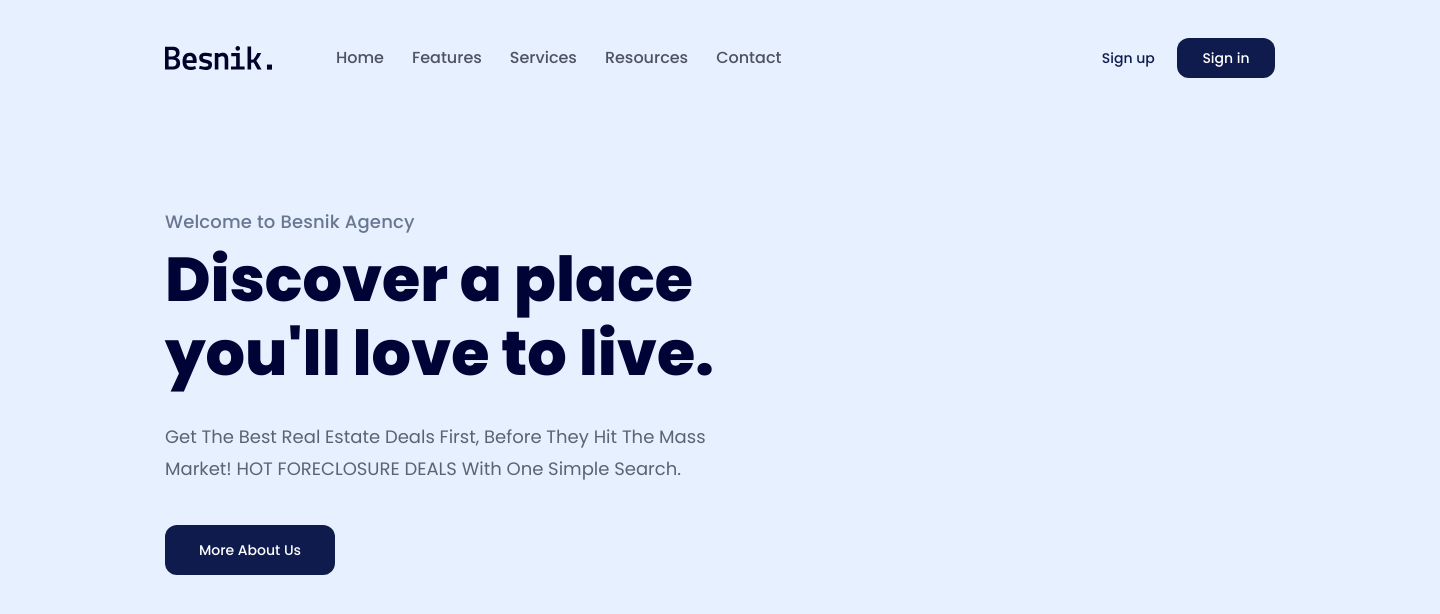
Repository: datvu1608/dv-htmlcss-01
Page: index.html
An editor plug-in stored every save of this project. The page is shown before and after the next save, followed by the edit.
The browser window is 1280 px wide. The page is 1440 px wide, so the pictures cover 1440 px, including what lies to the right of the window. The pictures show the whole page.

Above is the page before, as saved 2023-06-01 15:00:51.

After the next save:
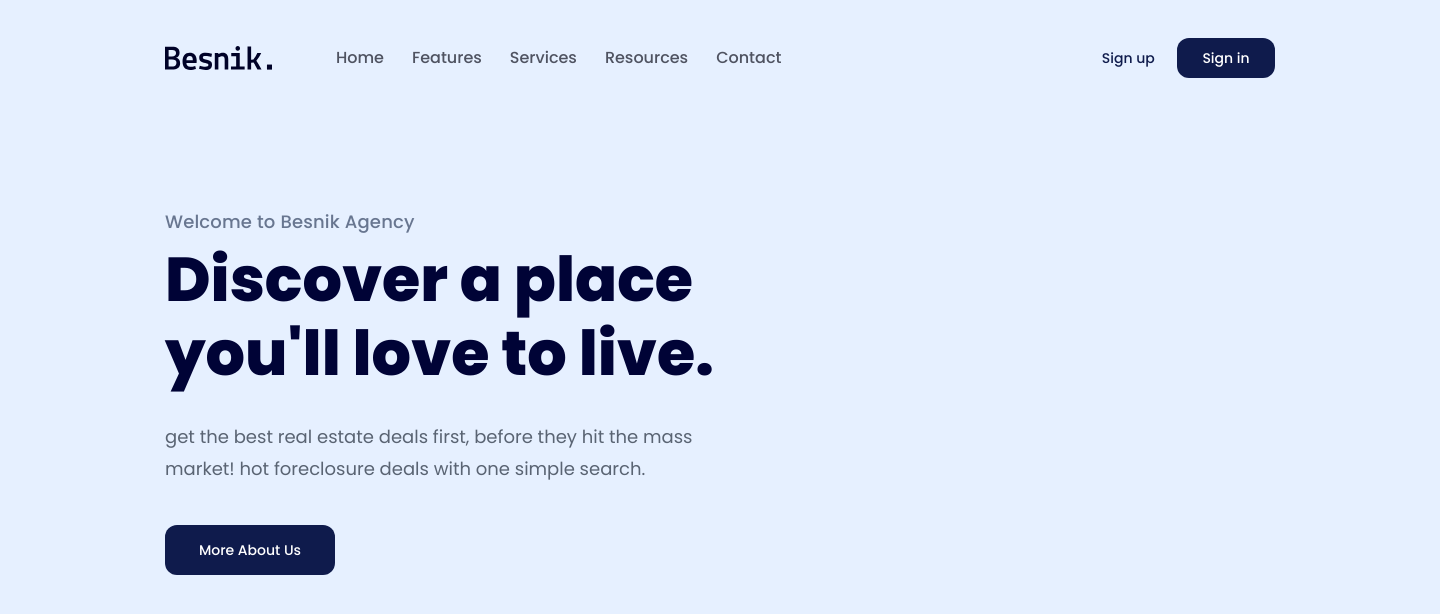
Saved 10 s later.
--- a/assets/css/style.css
+++ b/assets/css/style.css
@@ -102,7 +102,7 @@
   line-height: 1.78;
   color: #5a6473;
   margin-top: 30px;
-  text-transform: capitalize;
+  text-transform: lowercase;
 }
 .hero .btn {
   margin-top: 40px;
